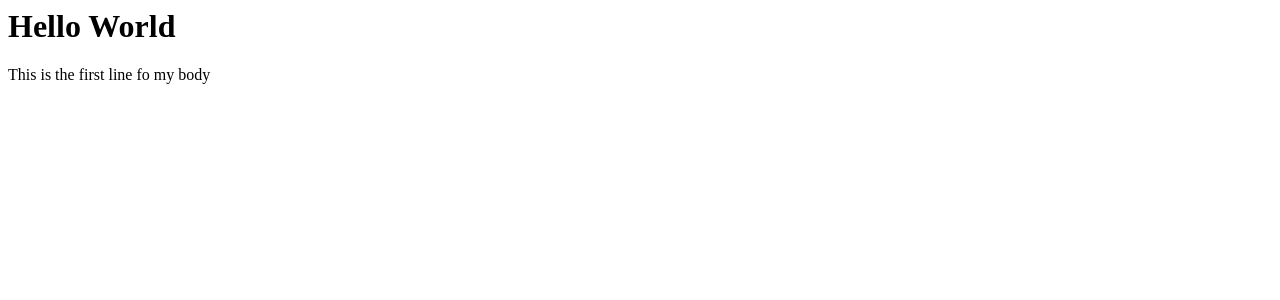
Repository: kesquili/kesquili.github.io
Page: index.html
The author's editor kept a record of every edit. The page is drawn from the files as they stood at one moment, then again after the next edit.
The browser window is 1280 px wide. The pictures show the whole page.

Above is the page before.

### index.html
<html>
    <head>
     <title>Hello World!</title>
    </head>

    <body>
        <h1>Hello World</h1>
            <p>This is the first line fo my body </p>

    </body>

</html>

After the next edit:
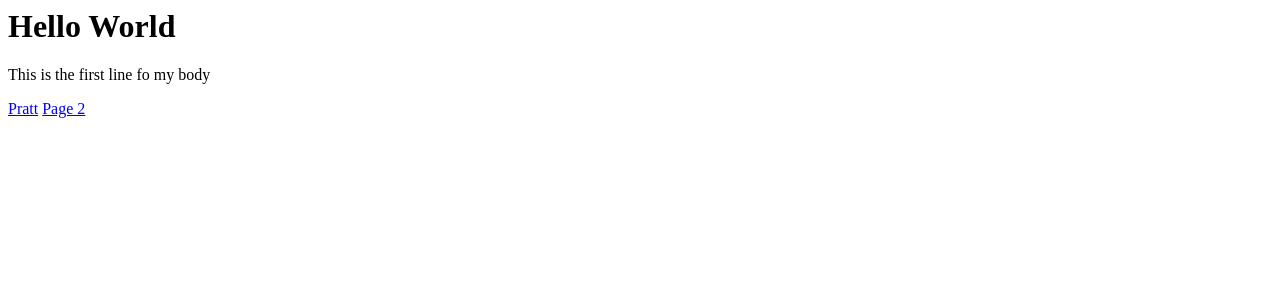
The edit:
--- a/index.html
+++ b/index.html
@@ -6,7 +6,9 @@
     <body>
         <h1>Hello World</h1>
             <p>This is the first line fo my body </p>
+        <a href="http://pratt.edu">Pratt</a>
 
+        <a href="project1/page2.html">Page 2</a>
     </body>
 
 </html>
